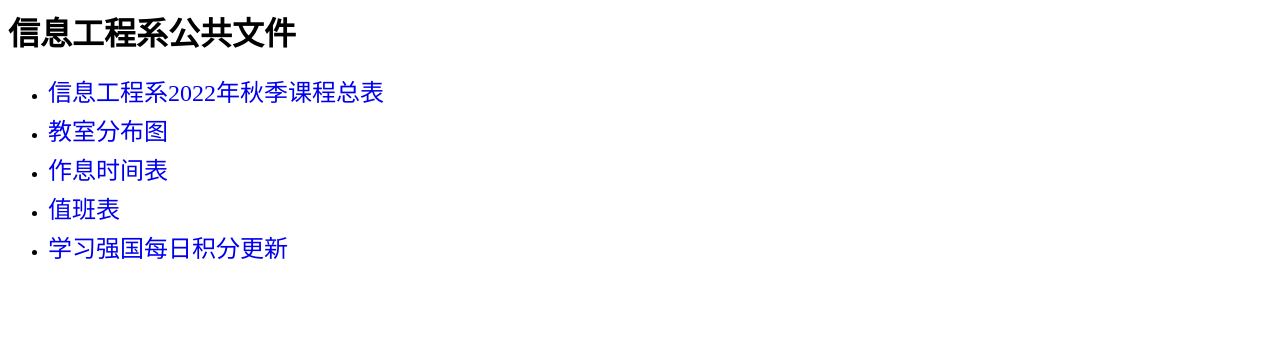
Repository: teacherlonglong/teacherlonglong.github.io
Page: index.html
These files come from the project's save history. The page is drawn as it stood at one moment and after a run of saves; the edit follows.
The browser window is 1280 px wide. The pictures show the whole page.

Above is the page before, as saved 2022-11-11 17:18:34.

### index.html
<html>

<head>
    <title>信息工程系公共文件</title>
    <style>
        li {
            line-height: 36px;
        }
        a {
            font-size: 24px;
            text-decoration: none;
        }
    </style>
</head>

<body>
    <h1>信息工程系公共文件</h1>
    <ul>
        <li><a href="./信息工程系2022年秋季课程总表.html" target="_blank">信息工程系2022年秋季课程总表</a></li>
        <li><a href="./教室分布图.htm" target="_blank">教室分布图</a></li>
        <li><a href="./作息时间表.htm" target="_blank">作息时间表</a></li>
        <li><a href="./值班表.htm" target="_blank">值班表</a></li>
        <li><a href="https://kdocs.cn/l/cfJpwSM0RtsN" target="_blank">学习强国每日积分更新</a></li>
    </ul>
</body>
</html>

After the next 2 saves:
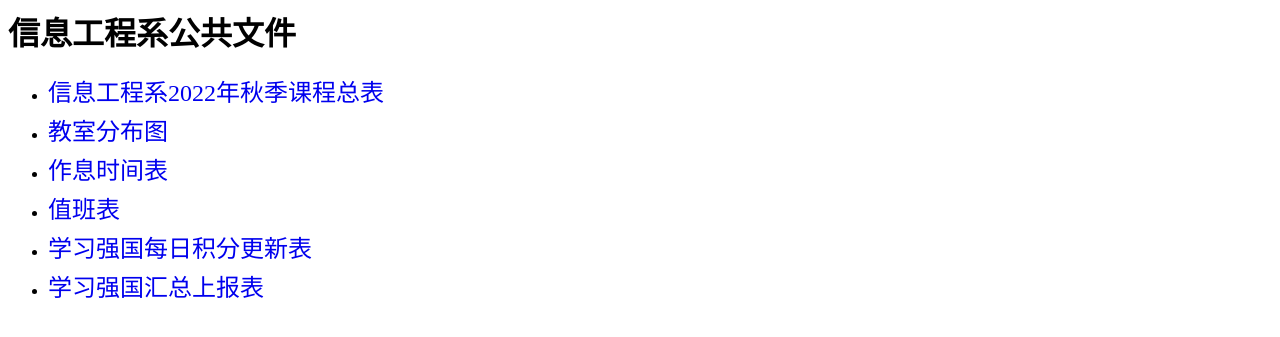
The 2 saves are shown as one change because they came seconds apart.
The last was saved 54 s later.
--- a/index.html
+++ b/index.html
@@ -20,7 +20,8 @@
         <li><a href="./教室分布图.htm" target="_blank">教室分布图</a></li>
         <li><a href="./作息时间表.htm" target="_blank">作息时间表</a></li>
         <li><a href="./值班表.htm" target="_blank">值班表</a></li>
-        <li><a href="https://kdocs.cn/l/cfJpwSM0RtsN" target="_blank">学习强国每日积分更新</a></li>
+        <li><a href="https://kdocs.cn/l/cfJpwSM0RtsN" target="_blank">学习强国每日积分更新表</a></li>
+        <li><a href="https://kdocs.cn/l/clx6LWJBlYsu" target="_blank">学习强国汇总上报表</a></li>
     </ul>
 </body>
 </html>
